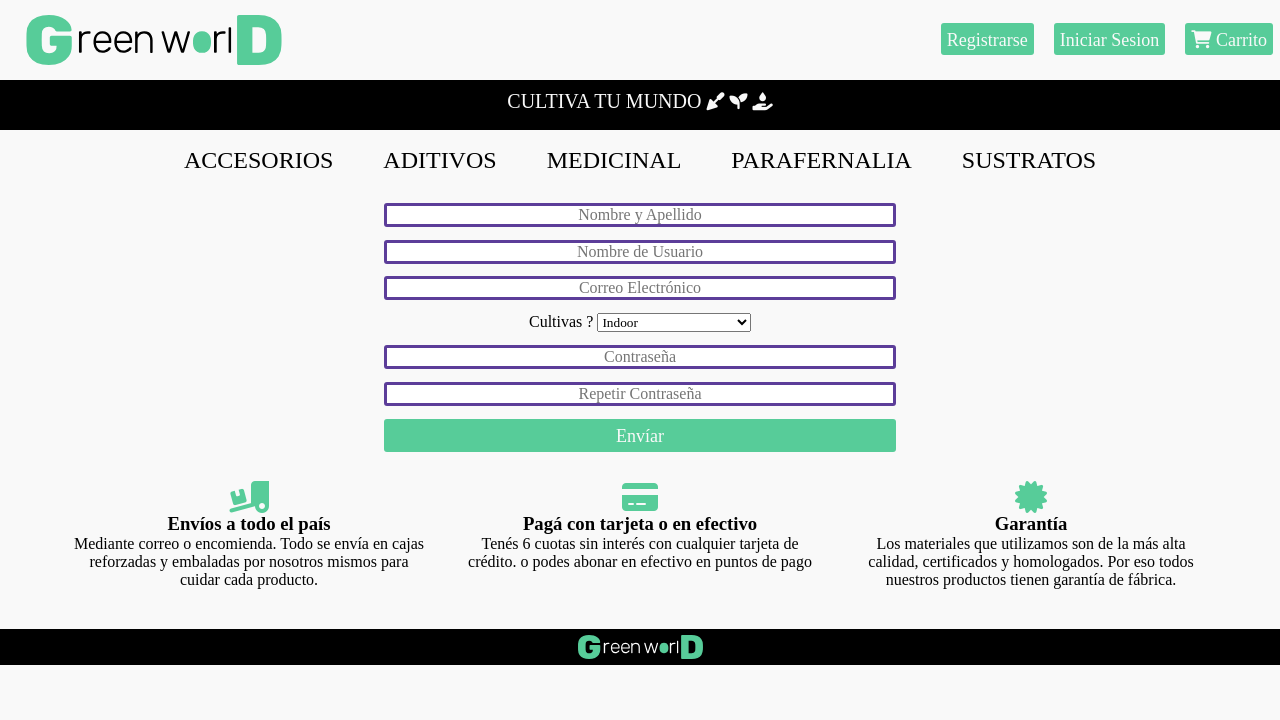
Repository: francoG98/grupo_9_Green_World
Page: source/views/register.html
The author's editor kept a copy of each file at every save. The page is drawn from the files as they stood at one save, then again after the next save.
The browser window is 1280 px wide. The pictures show the whole page.
Some web fonts or font styles are not loaded; a fallback is used. Some web libraries are served in a nearby version.

Above is the page before, as saved 2022-06-24 20:23:38.

After the next save:
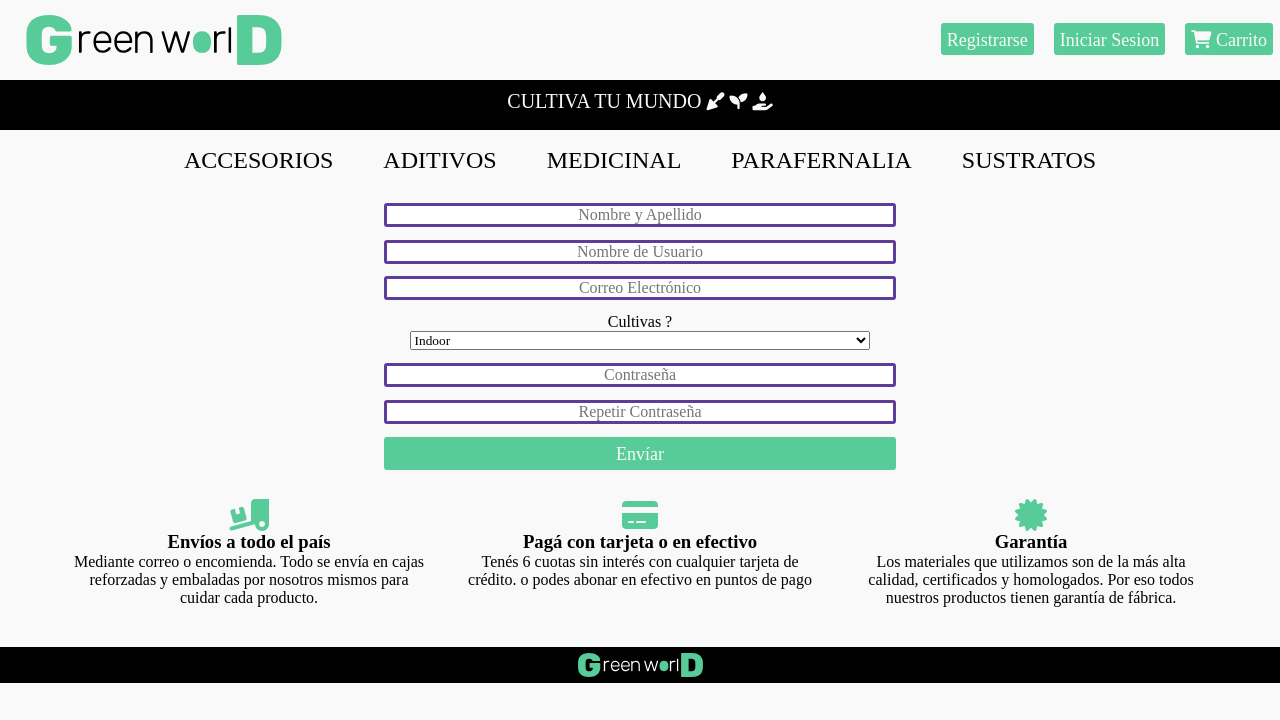
Saved 11 s later.
--- a/public/css/main-register.css
+++ b/public/css/main-register.css
@@ -39,5 +39,5 @@
     border-radius: 3px;
 }
 select{
-    width: 30%
+    width: 90%
 }

After the save that followed:
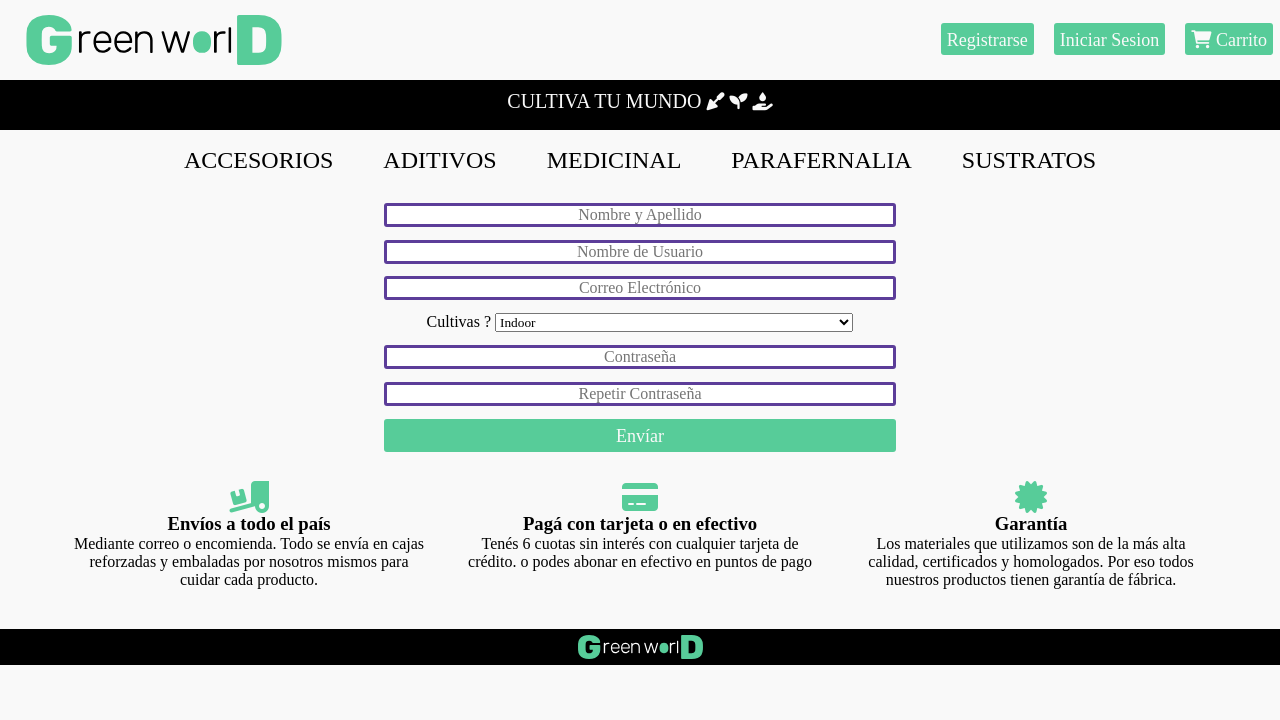
Saved 13 s later.
--- a/public/css/main-register.css
+++ b/public/css/main-register.css
@@ -39,5 +39,5 @@
     border-radius: 3px;
 }
 select{
-    width: 90%
+    width: 70%
 }
